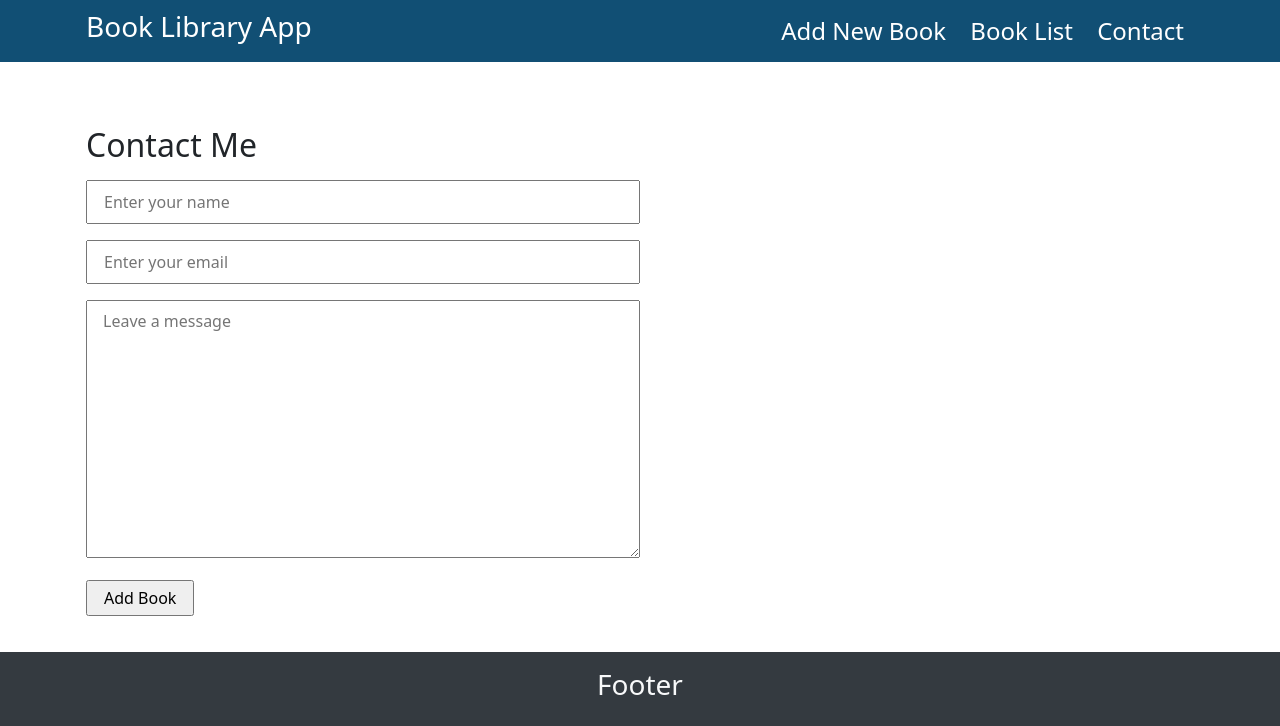
Repository: just-mann/booklibrary-app
Page: http://localhost/contact
These files come from the project's save history. The page is drawn as it stood at one moment and after the next save; the edit follows.
The browser window is 1280 px wide. The pictures show the whole page.
The page is served by the project's Node server (app.js).

Above is the page before, as saved 2021-06-06 04:14:56.

### views/contact.ejs
<!DOCTYPE html>
<html lang="en">
<%- include('./partials/Header') %>
<body>
    <%- include('./partials/Navbar') %>
    <div class="container py-3 contact">
        <div class="w-50 p-5 px-0">
            <form class="px-0">
              <h2>Contact Me</h2>
                <div class="my-3">
                  <input class="px-3 py-2 title w-100" type="text" name="title" id="title" placeholder="Enter your name">
                </div>
                <div class="my-3">
                  <input class="px-3 py-2 author w-100" type="text" name="author" id="author" placeholder="Enter your email">
                </div>
                <div class="my-3">
                  <textarea class="px-3 py-2 w-100" name="message" id="" cols="30" rows="10" placeholder="Leave a message"></textarea>
                </div>
                <div class="my-3">
                  <input class="px-3 py-1 submitBtn" type="submit" value="Add Book">
                </div>
            </form>
          </div>
    </div>
    <%- include('./partials/Footer') %>
</body>
</html>

### views/partials/Header.ejs
<head>
    <meta charset="UTF-8">
    <meta name="viewport" content="width=device-width, initial-scale=1.0">
    <title><%= title %></title>
    <link rel="stylesheet" href="https://stackpath.bootstrapcdn.com/bootstrap/5.0.0-alpha1/css/bootstrap.min.css" integrity="sha384-r4NyP46KrjDleawBgD5tp8Y7UzmLA05oM1iAEQ17CSuDqnUK2+k9luXQOfXJCJ4I" crossorigin="anonymous">
    <script src="https://cdn.jsdelivr.net/npm/popper.js@1.16.0/dist/umd/popper.min.js" integrity="sha384-Q6E9RHvbIyZFJoft+2mJbHaEWldlvI9IOYy5n3zV9zzTtmI3UksdQRVvoxMfooAo" crossorigin="anonymous"></script>
    <link rel="stylesheet" href="https://unpkg.com/aos@next/dist/aos.css" />
    <link rel="stylesheet" href="https://unpkg.com/aos@next/dist/aos.css" />
    <script src="https://stackpath.bootstrapcdn.com/bootstrap/5.0.0-alpha1/js/bootstrap.min.js" integrity="sha384-oesi62hOLfzrys4LxRF63OJCXdXDipiYWBnvTl9Y9/TRlw5xlKIEHpNyvvDShgf/" crossorigin="anonymous"></script>
    <link rel="stylesheet" href="/style.css">
  </head>

### views/partials/Navbar.ejs
<nav class="container-fluid sticky-top">
    <div class="container">
        <a href="/" class="logo"><h3>Book Library App</h3></a>
        <div class="nav__links">
            <a href="/">Add New Book</a>
            <a href="/booklist">Book List</a>
            <a href="/contact">Contact</a>
        </div>
    </div>
</nav>

### views/partials/Footer.ejs
<footer class="bg-dark py-3 text-light text-center">
    <script src="https://ajax.googleapis.com/ajax/libs/jquery/3.5.1/jquery.min.js"></script>
    <script src="/script.js"></script>
    <div class="container">
        <h3>Footer</h3>
    </div>
</footer>
<script src="https://unpkg.com/aos@next/dist/aos.js"></script>
<script>
  AOS.init();
</script>

### app.js
const express = require('express'); //import express package
const app = express(); //initialize the express app
const bodyParser = require('body-parser') //import body-parser to handle data from the form
const MongoClient = require('mongodb').MongoClient; //import the mongodbClient
const { ObjectId } = require('bson');
const dbName = 'myBookList';
const dbCollectionName = 'bookCollection';

const PORT = process.env.PORT || 5000;


// Configure the body-parser
app.use(bodyParser.urlencoded({ extended: true }));


// Make static files accessible
app.use(express.static('public'));


// Set View Engine
app.set('view engine', 'ejs');



// Connect to Database
const dbURI = 'mongodb+srv://bookUser:cUk4rECaXyAWsNz8@crud-tutorial.xd65d.mongodb.net/myBookList?retryWrites=true&w=majority';
MongoClient.connect(dbURI, { useUnifiedTopology: true })
    .then(client => {

        app.listen(PORT, () => {
            console.log(`App is now running on PORT ${PORT} and Database: ${dbName} is connected`)
        });

        const db = client.db(`${dbName}`);

        const myCollection = db.collection(`${dbCollectionName}`);

        app.post('/books', (req, res) => {
            myCollection.insertOne(req.body)
                .then(result => {
                    console.log('Item added to database...');
                })
                .catch(err => console.log(err));
            res.redirect('bookList');
        })

        app.get('/booklist', (req, res) => {
            myCollection.find().sort({_id: -1}).toArray()
                .then(result => {
                    res.render('bookList', { myList: result, title: "Book List" });
                })
                .catch(err => console.log(err));
        })


        app.get('/booklist/:id', (req, res) => {
            const id = req.params.id;
            myCollection.findOne({ _id: ObjectId(`${id}`)})
                .then(result => {
                    res.render('details', { singleBook: result, title: `Book Detail  -  ${result.title}` })
                })
                .catch(err => console.log(err));
        })


        app.delete('/booklist/:id', (req, res) => {
            const id = req.params.id;
            myCollection.deleteOne({_id: ObjectId(`${id}`)})
                .then(result => {
                    res.json({ redirect: '/booklist'})
                })
                .catch(err => console.log(err));
        })


        app.get('/', (req, res) => {
            res.render('index', { title: "Add New Book" });
        })


        app.get('/contact', (req, res) => {
            res.render('contact', { title: "Contact Me" });
        })

        app.use((req, res) => {
            res.status(404).render('404', { title: '404, Page Not Found'});
        })

    })
    .catch(err => console.log(err));

### public/style.css
* {
    padding: 0;
    margin: 0;
    box-sizing: border-box;
}
body {
    min-height: 100vh;
}

a {
    text-decoration: none;
}

nav {
    background-color: #114f74;
    padding: 10px 0px;
}

nav .container {
    display: flex;
    justify-content: space-between;
    align-items: center;
}

nav .container .logo h3 {
    color: #ffffff;
    font-weight: 350;
}

nav .container .nav__links {
    color: #ffffff;
}

nav .container .nav__links a {
    color: #ffffff;
    font-size: 1.5rem;
    padding: 10px 0px;
    margin: 0px 10px;
    font-weight: 300;
}

.nav__links a:hover {
    color: red;
}

.listDiv {
    display: flex;
    grid-template-columns: repeat(3, 1fr);
}

.list {
    max-width: 350px;
    min-height: 150px;
    margin: 0px 15px;
    background-color: #e2e2e2;
    border-left: 15px solid #41a1b9;
    opacity: 0.9;
    transition: opacity 0.6s;
}

.list:hover {
    opacity: 1;
}


/* Home Page */
.home {
    height: 82.3vh;
}



/* Book List Page */
.bookList {
    min-height: 81.3vh;
}






/* details page */
.details {
    height: 81.5vh;
}



.bookSummary {
    max-width: 500px;
    background: yellow;
}



/* Contact Page */
.contact {
    height: 82vh;
}

Loaded but not shown: public/script.js (no stored copy; drawn as an empty file)

After the next save:
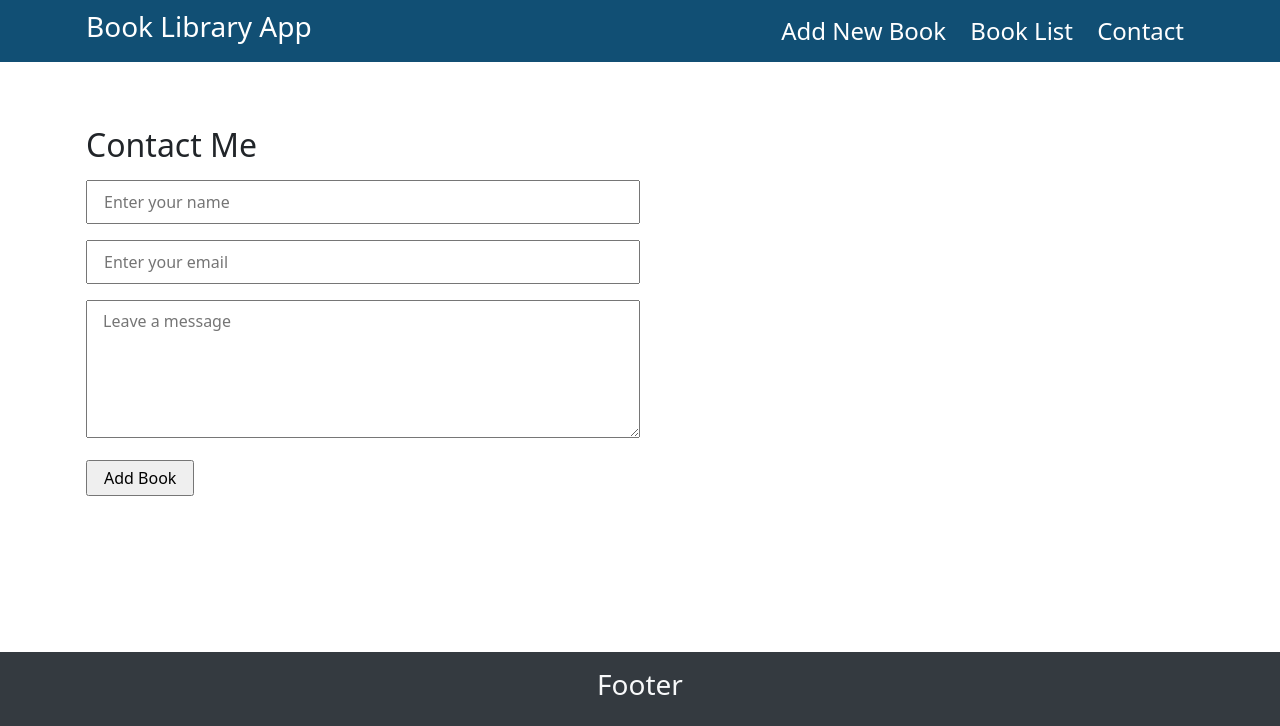
Saved 10 s later.
--- a/views/contact.ejs
+++ b/views/contact.ejs
@@ -14,7 +14,7 @@
                   <input class="px-3 py-2 author w-100" type="text" name="author" id="author" placeholder="Enter your email">
                 </div>
                 <div class="my-3">
-                  <textarea class="px-3 py-2 w-100" name="message" id="" cols="30" rows="10" placeholder="Leave a message"></textarea>
+                  <textarea class="px-3 py-2 w-100" name="message" id="" cols="30" rows="5" placeholder="Leave a message"></textarea>
                 </div>
                 <div class="my-3">
                   <input class="px-3 py-1 submitBtn" type="submit" value="Add Book">
